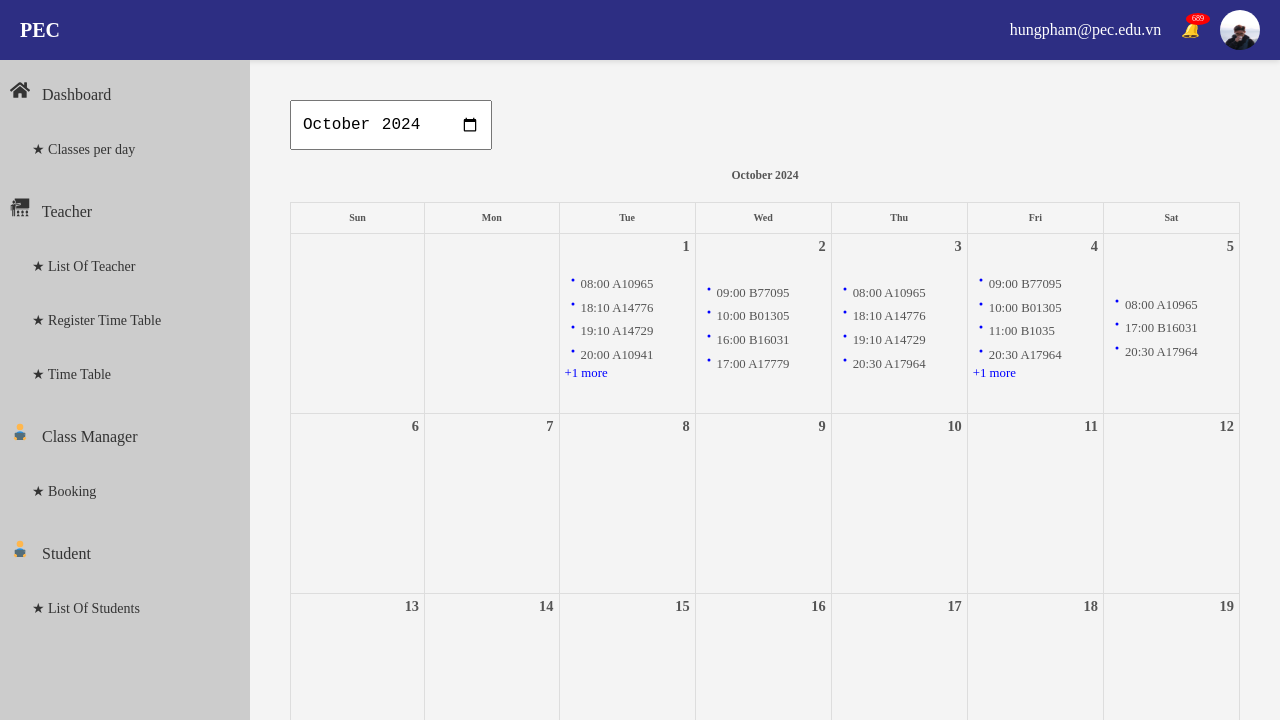
Repository: BitDanceLabels/Bumblebee_BDG
Page: /teacher-timetable
The author's editor kept a copy of each file at every save. The page is drawn from the files as they stood at one save, then again after the next save.
The browser window is 1280 px wide. The pictures show the whole page.
An inner scrolling area shows only its first screen. The project was rebuilt for these pictures with package versions that can differ from the ones it lists, and the page was loaded fresh each time. Also part of the build but not shown: vite.config.js, src/components/Dashboard/ScheduleComponent.jsx, src/components/Management/Booking.jsx, src/components/modal/CreateStudentModal.jsx, src/components/Student/ListOfStudent.jsx, src/components/modal/CreateTeacherModal.jsx, src/components/Teacher/TeacherTable.jsx, src/components/Teacher/ListOfTeacher.jsx and 8 more. Imported but missing from the stored project, and not drawn on this page: src/components/modal/DeactiveStudentModal.

Above is the page before, as saved 2024-10-07 08:52:06.

After the next save:
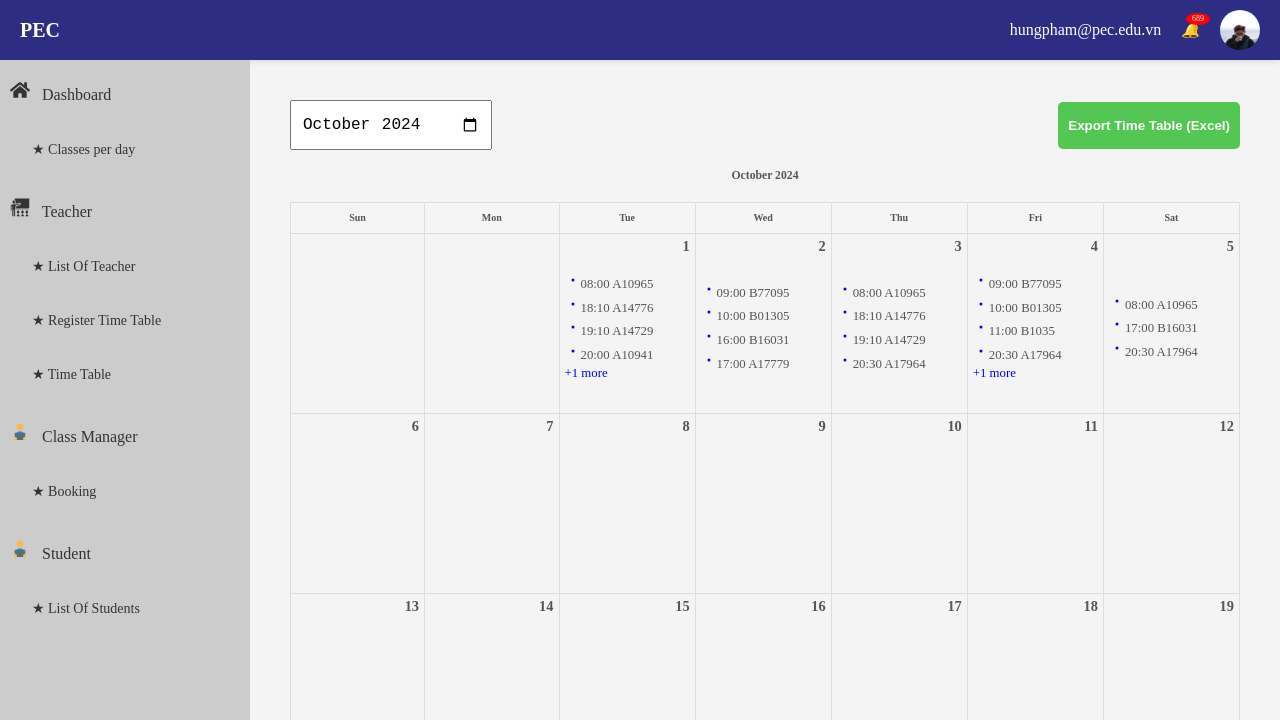
Saved 9 s later.
--- a/src/components/Teacher/TeacherTimeTable.jsx
+++ b/src/components/Teacher/TeacherTimeTable.jsx
@@ -225,6 +225,8 @@ const TeacherTimeTable = () => {
             onChange={handleMonthChange}
           />
         </div>
+
+        <Button>Export Time Table (Excel)</Button>
       </Header>
       <Month>
         {selectedDate.toLocaleString('default', { month: 'long' })}{' '}
